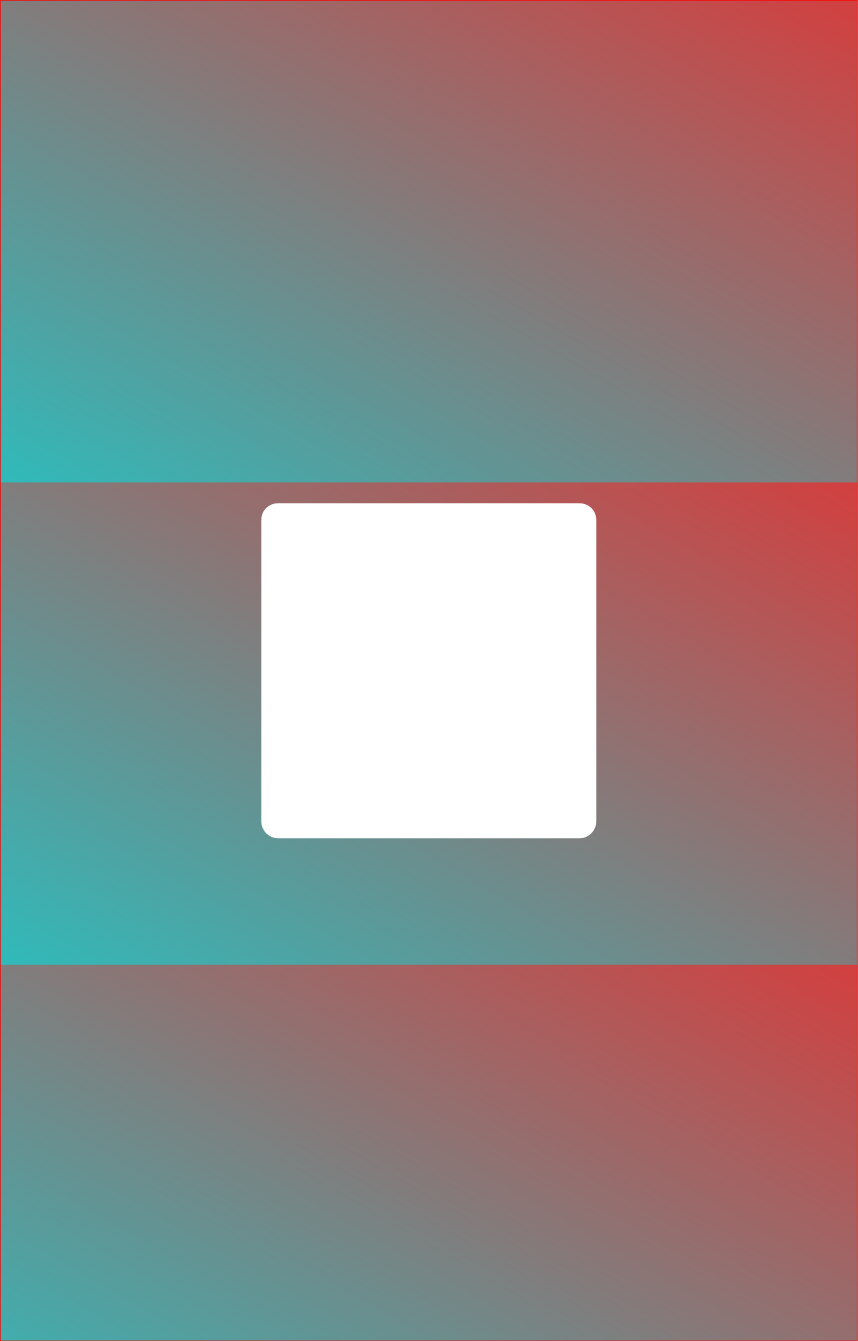
Repository: Lewisjohnward/kindle-clippings-to-cards
Page: /
The author's editor kept a copy of each file at every save. The page is drawn from the files as they stood at one save, then again after the next save.
The browser window is 1280 px wide. The pictures show the whole page, at 67% of full size.
Backgrounds fixed to the window are drawn as part of the page. The project was rebuilt for these pictures with package versions that can differ from the ones it lists, and the page was loaded fresh each time.

Above is the page before, as saved 2021-10-28 20:32:28.

After the next save:
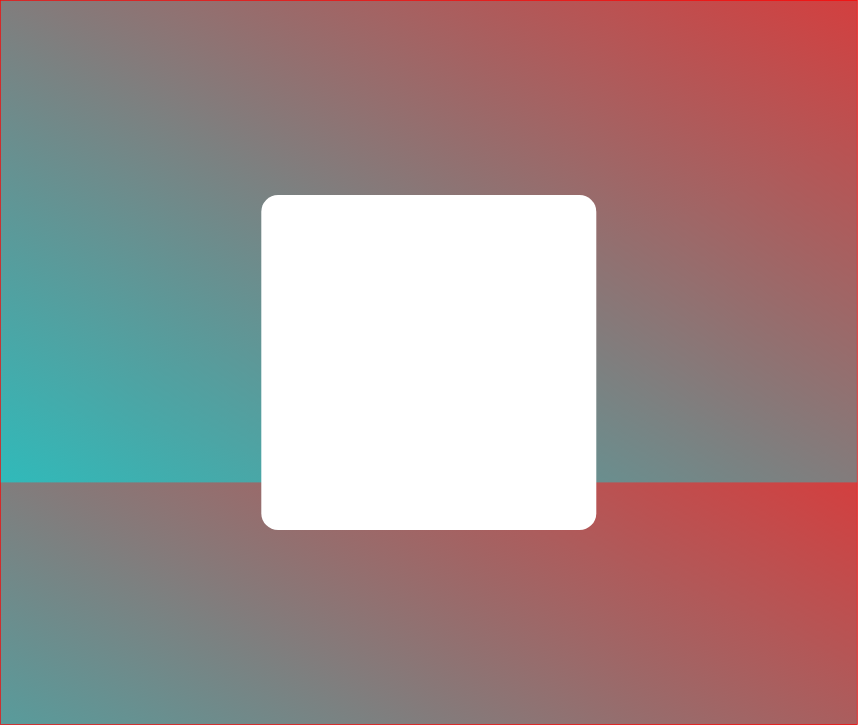
Saved 7 s later.
--- a/src/App.js
+++ b/src/App.js
@@ -20,7 +20,7 @@
   display: flex;
   justify-content: center;
   align-items: center;
-  height: 2000px;
+  height: 1080px;
   border: 1px solid red;
 `;
 
